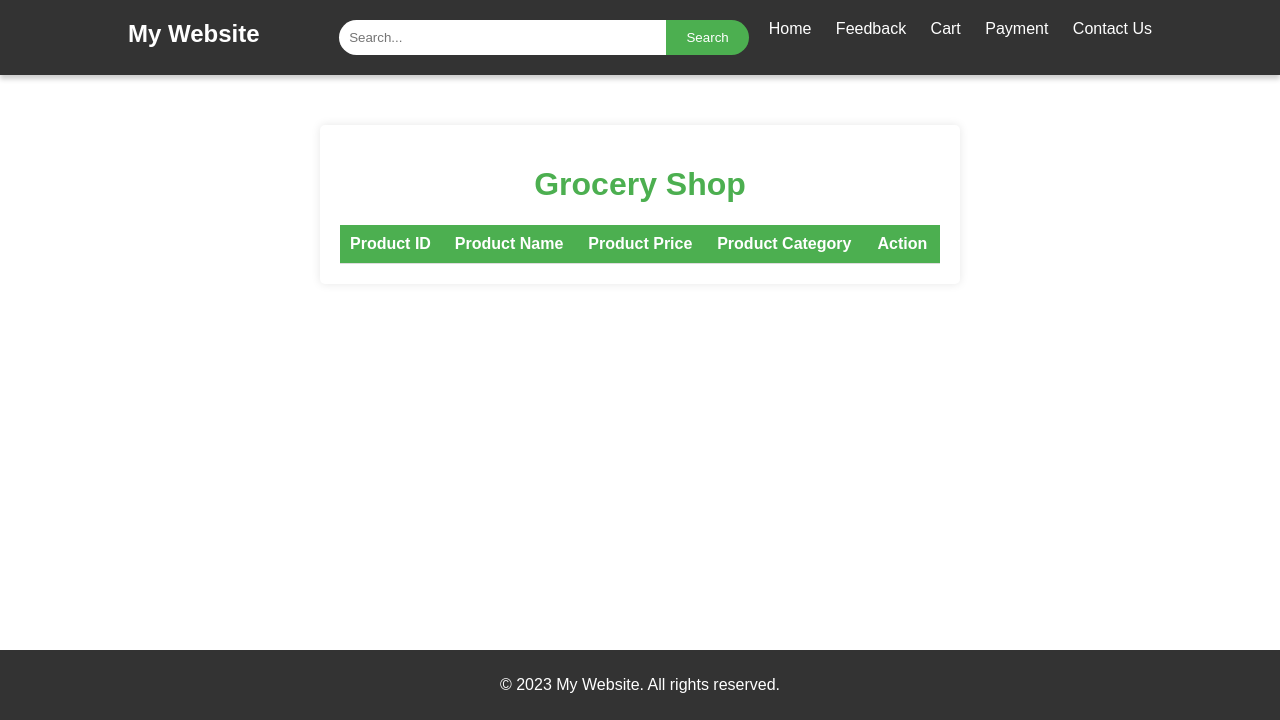
Repository: UrinduYatawakaa/OOP_project
Page: http://localhost/ProductDemo/categoryServlet?category=Beverages
The author's editor kept a copy of each file at every save. The page is drawn from the files as they stood at one save, then again after the next save.
The browser window is 1280 px wide. The pictures show the whole page.
The page is served by Tomcat 9. Queries for data that is not in the repository find no rows.

Above is the page before, as saved 2023-10-23 22:18:34.

After the next save:
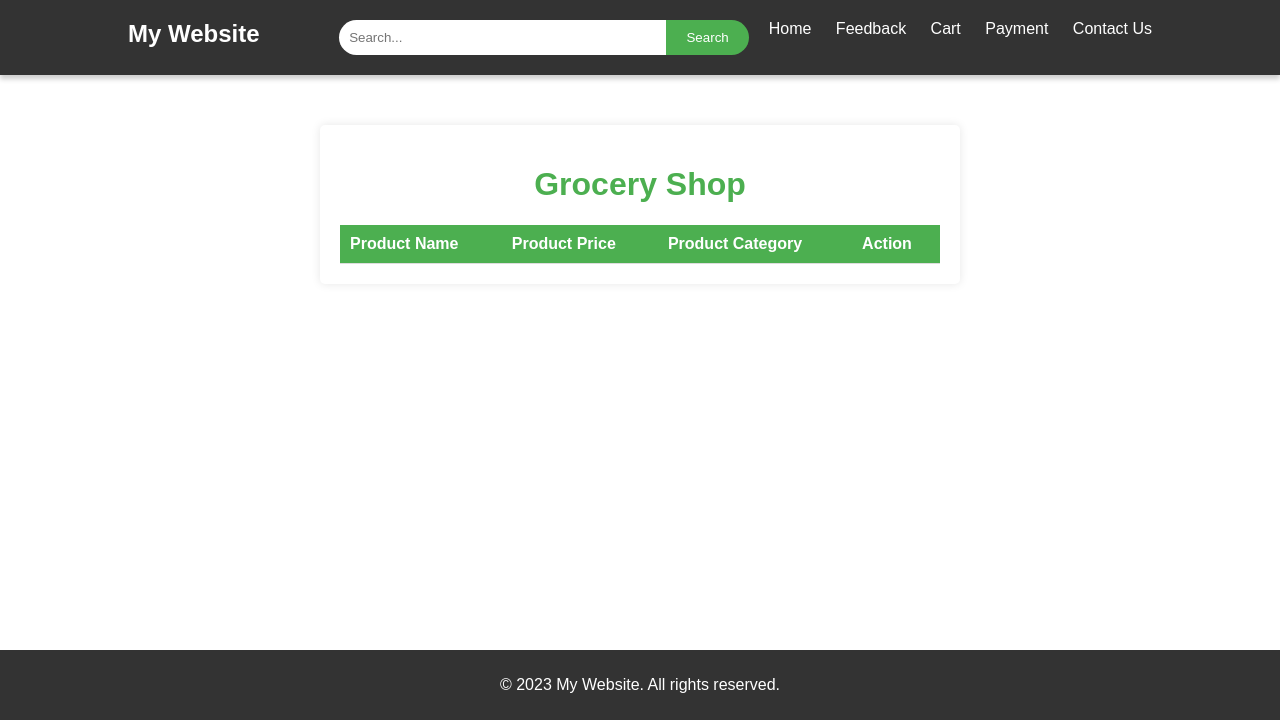
Saved 41 s later.
--- a/oop project/ProductDemo/src/main/webapp/category.jsp
+++ b/oop project/ProductDemo/src/main/webapp/category.jsp
@@ -40,7 +40,6 @@
         <table class="cart">
             <thead>
                 <tr>
-                    <th>Product ID</th>
                     <th>Product Name</th>
                     <th>Product Price</th>
                     <th>Product Category</th>
@@ -56,7 +55,6 @@
 
             <tbody>
                 <tr>
-                    <td>${product.id}</td>
                     <td>${product.name}</td>
                     <td>${product.price}</td>
                     <td>${product.category}</td>
